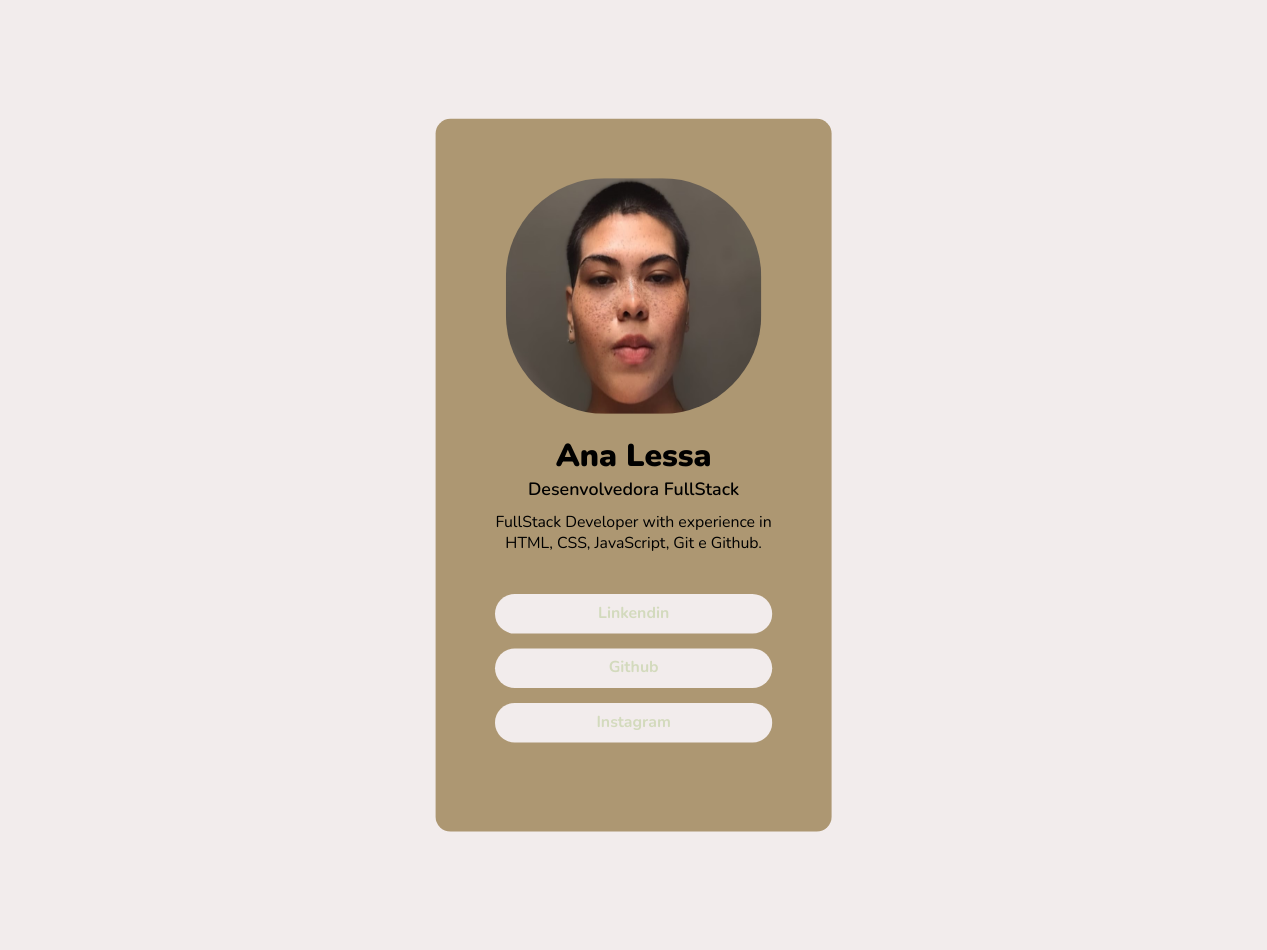
Repository: analessp/linktree
Page: index.html
The author's editor kept a copy of each file at every save. The page is drawn from the files as they stood at one save, then again after the next save.
The browser window is 1280 px wide. The pictures show the whole page, at 99% of full size.

Above is the page before, as saved 2025-04-11 10:27:47.

### index.html
<!DOCTYPE html>
<html lang="pt-BR">
<head>
    <meta charset="UTF-8">
    <meta name="viewport" content="width=device-width, initial-scale=1.0">
    <title>Linktree Ana Lessa</title>
    <link rel="stylesheet" href="style.css">
    <link rel="preconnect" href="https://fonts.googleapis.com">
    <link rel="preconnect" href="https://fonts.gstatic.com" crossorigin>
    <link href="https://fonts.googleapis.com/css2?family=Nunito:ital,wght@0,200..1000;1,200..1000&display=swap" rel="stylesheet">
</head>
<body>
    <div class="container-main">
    <div class="container-image">
        <img src="./assets/img.jpg" alt="Foto de Ana Lessa">
    </div>
    <div class="container-infos">
        <h1>Ana Lessa</h1>
        <h2>Desenvolvedora FullStack</h2>
    </div>
    <div class="container-easter-egg">
        <p>FullStack Developer with experience in HTML, CSS, JavaScript, Git e Github.</p>
    </div>
    <div class="container-social-links">
        <ul>
            <a href="https://www.linkedin.com/in/ana-lessa-2a312a253/" target="_blank">
            <li>Linkendin</li></a>
            <a href="https://github.com/analessp" target="_blank">
            <li>Github</li></a>
            <a href="https://www.instagram.com/analessp/" target="_blank">
            <li>Instagram</li></a>
        </ul>
    </div>
    </div>
</body>
</html>

### style.css
* {
    font-family: "Nunito", sans-serif;
    margin: 0;
    padding: 0;
    box-sizing: border-box;
}

body {
    background-color: #f2ecec;
}

.container-main {
    background-color: #ad9772;
    width: 400px;
    height: 720px;
    box-sizing: border-box;
    margin: 120px auto;
    padding: 60px;
    border-radius: 15px;
    text-align: center;
}

.container-image img{
        width: 258px;
        height: 238px;
        border-radius: 100px;
}

.container-infos {
margin-top: 15px;
margin-bottom: 10px;
}

.container-infos h1 {
    font-weight: 900;
}

.container-infos h2 {
    font-weight: 600;
    font-size: 18px;
}

.container-social-links ul {
    list-style: none;
}

.container-social-links a {
    text-decoration: none;
    color: #d3dabd;
}

.container-social-links {
    margin-top: 40px;
}

.container-social-links li {
    width: 280px;
    height: 40px;
    background-color: #f2ecec;
    margin: 15px 0;
    padding: 8px 0;
    border-radius: 20px;
    font-weight: 700;
}

After the next save:
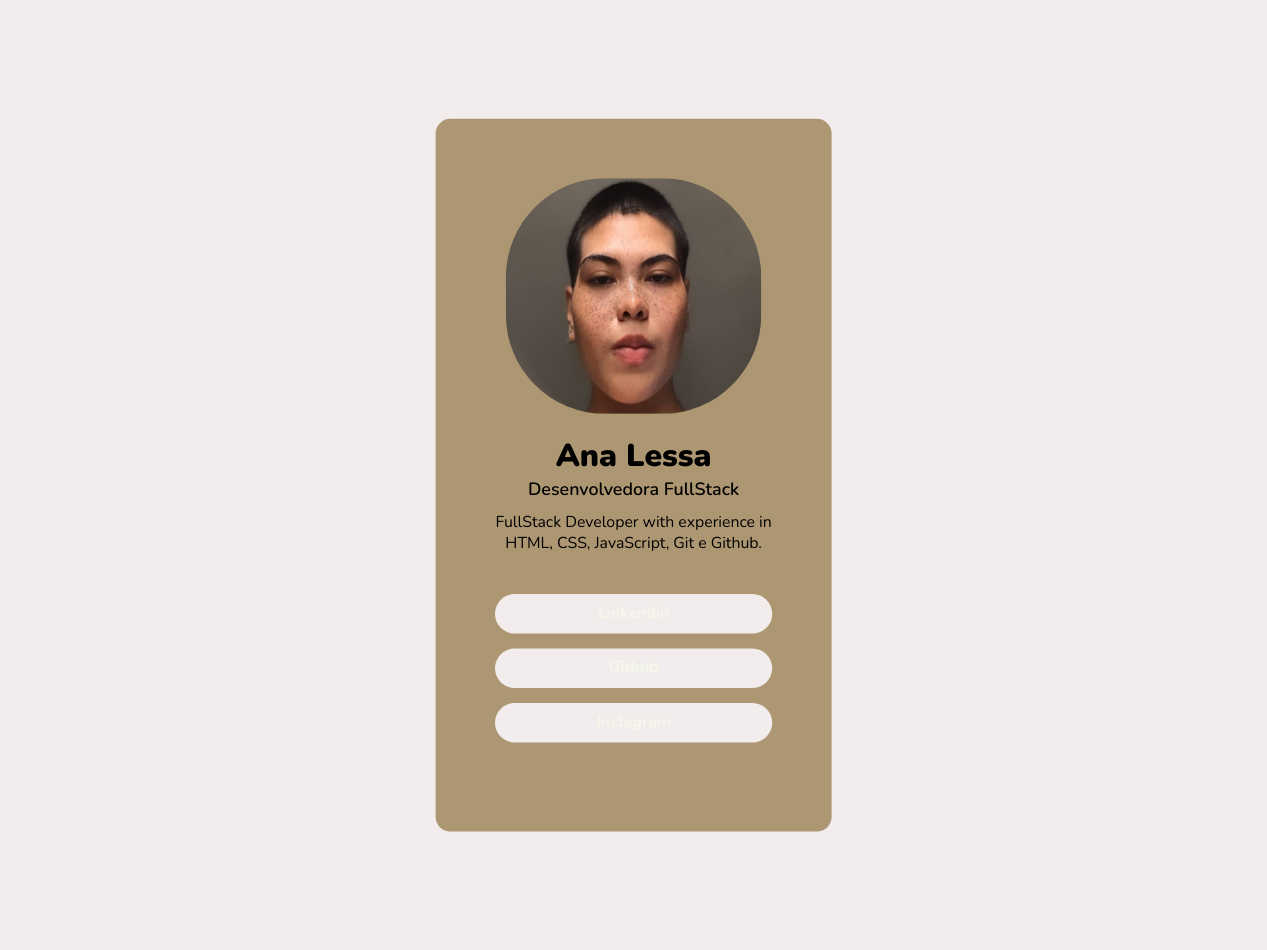
Saved 5 s later.
--- a/style.css
+++ b/style.css
@@ -46,7 +46,7 @@ margin-bottom: 10px;
 
 .container-social-links a {
     text-decoration: none;
-    color: #d3dabd;
+    color: #f4f8ea;
 }
 
 .container-social-links {
